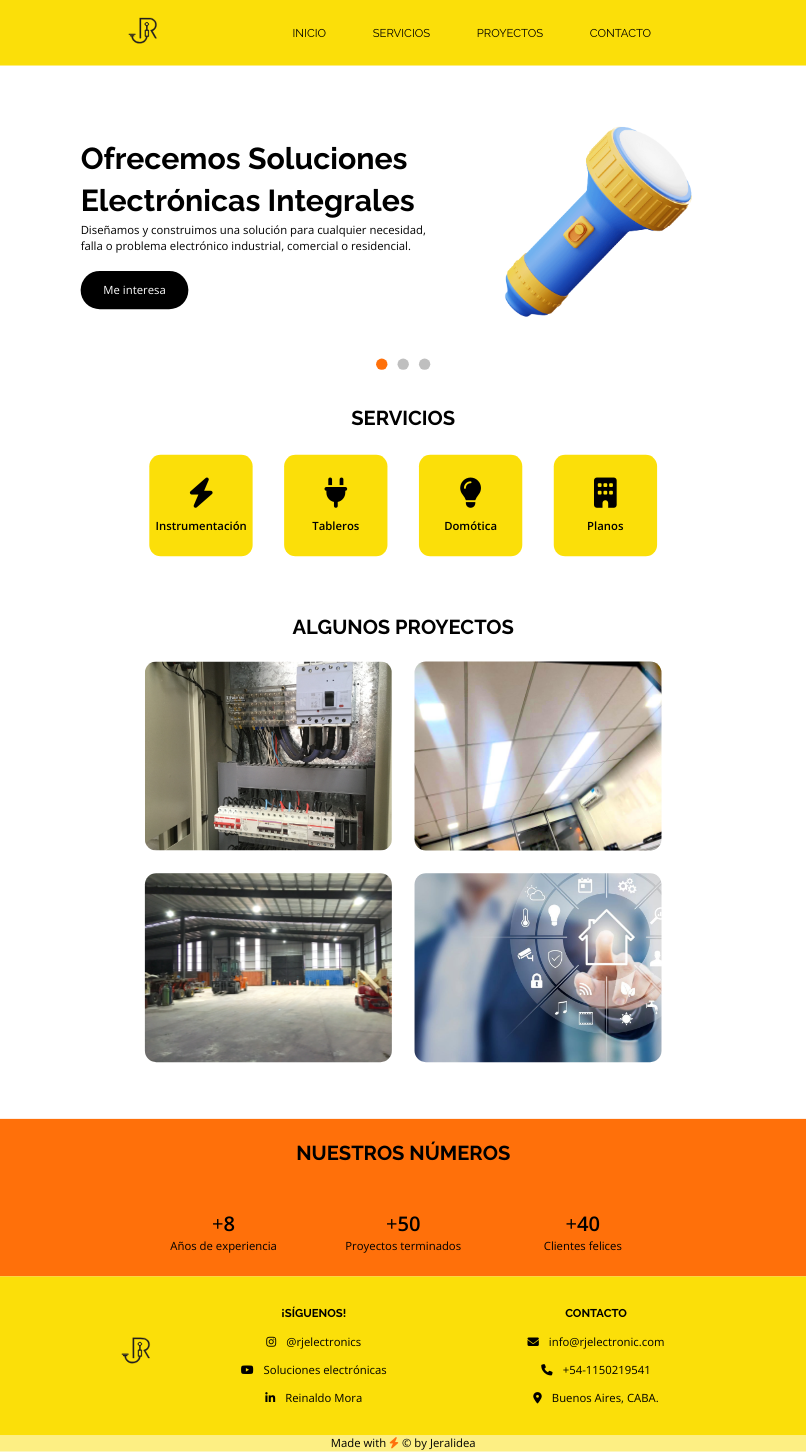
Repository: jeraldinnemg/rjelectronics
Page: index.html
An editor plug-in stored every save of this project. The page is shown before and after the next save, followed by the edit.
The browser window is 1280 px wide. The pictures show the whole page, at 63% of full size.
Some web libraries are served in a nearby version.

Above is the page before, as saved 2022-08-04 20:20:10.

After the next save:
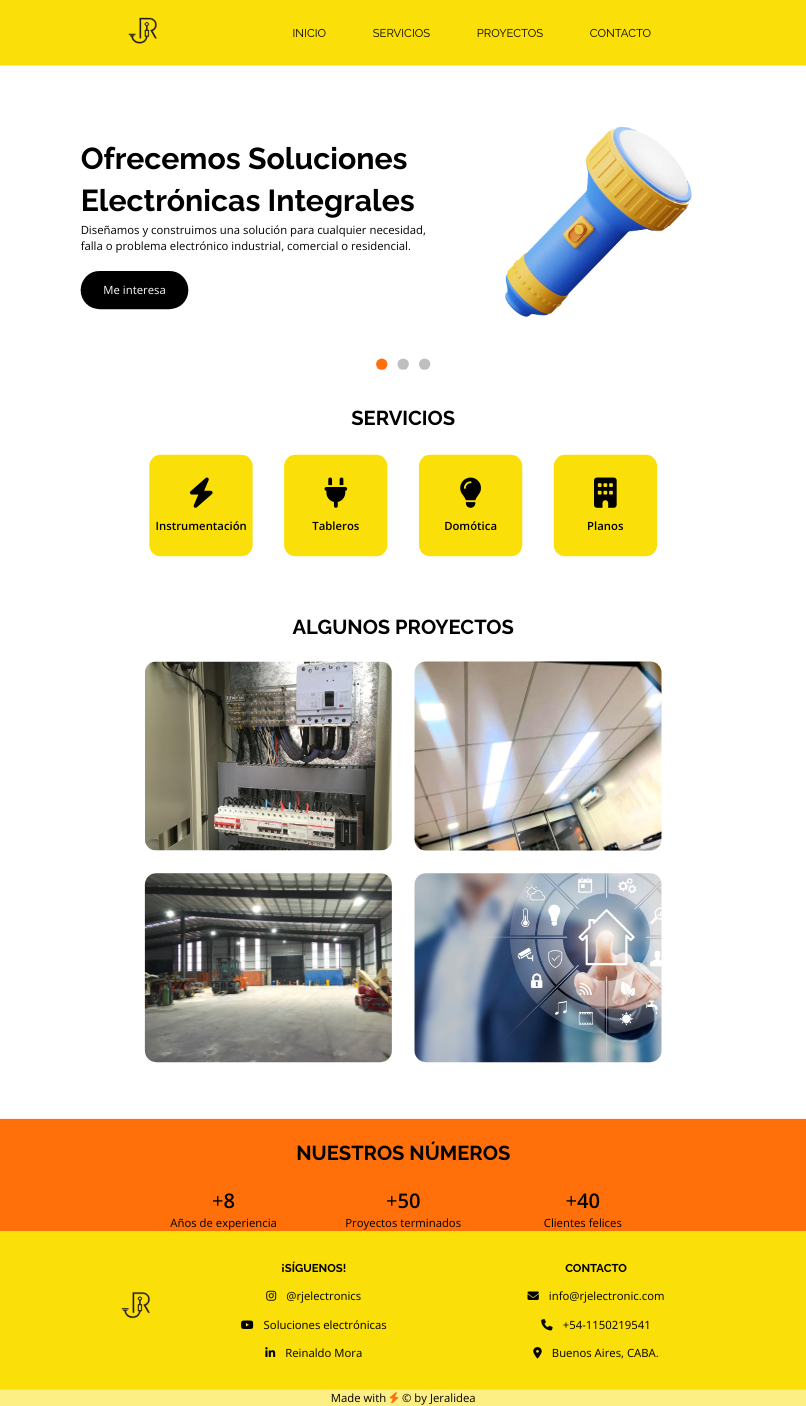
Saved 42 min 19 s later.
--- a/index.css
+++ b/index.css
@@ -476,10 +476,7 @@
     margin: 1em 0em;
 }
 
-.static{
-    padding: 2em 0em;
-    margin: 0em 0em;
-}
+
 
 .character {
     color: hsl( var(--clr-dark));

After the save that followed:
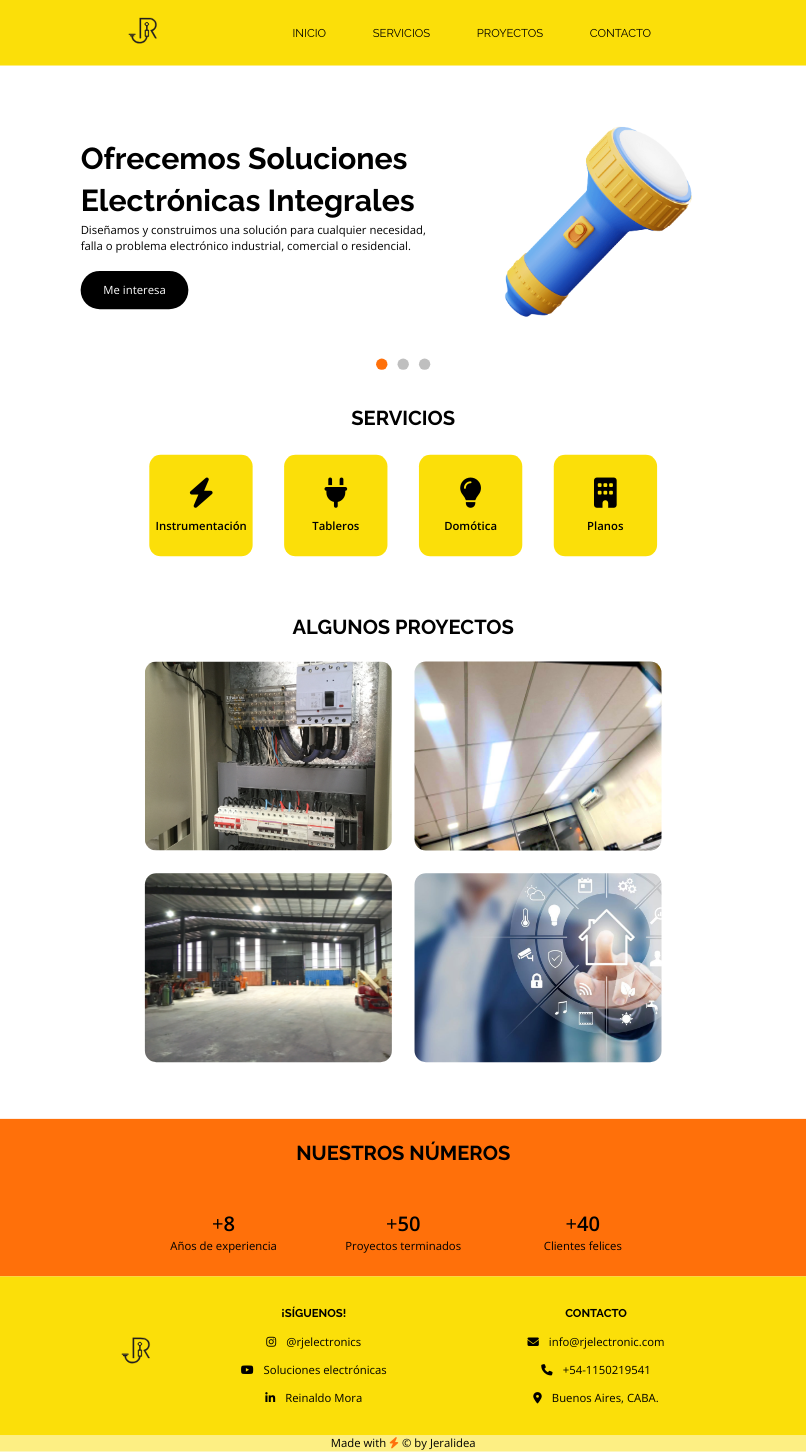
Saved 9 s later.
--- a/index.css
+++ b/index.css
@@ -476,7 +476,10 @@
     margin: 1em 0em;
 }
 
-
+.static{
+    padding: 2em 0em;
+    margin: 0em 0em;
+}
 
 .character {
     color: hsl( var(--clr-dark));
